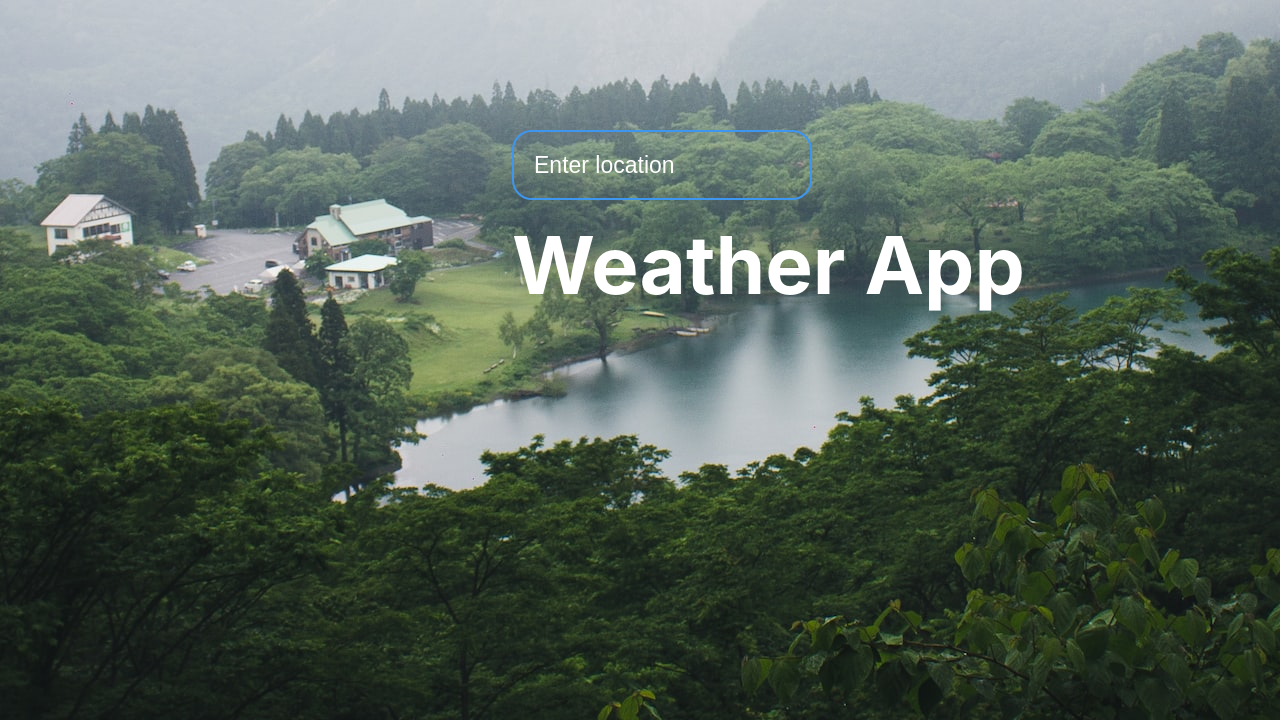
Repository: RenataDzotova/WeatherForecast
Page: /
The author's editor kept a copy of each file at every save. The page is drawn from the files as they stood at one save, then again after the next save.
The browser window is 1280 px wide. The pictures show the whole page.
The project was rebuilt for these pictures with package versions that can differ from the ones it lists, and the page was loaded fresh each time. The framework's server and built-in components were replaced by stand-ins that run in the browser. Also part of the build but not shown: next.config.js, styles/Home.module.css.

Above is the page before, as saved 2023-01-19 16:39:02.

After the next save:
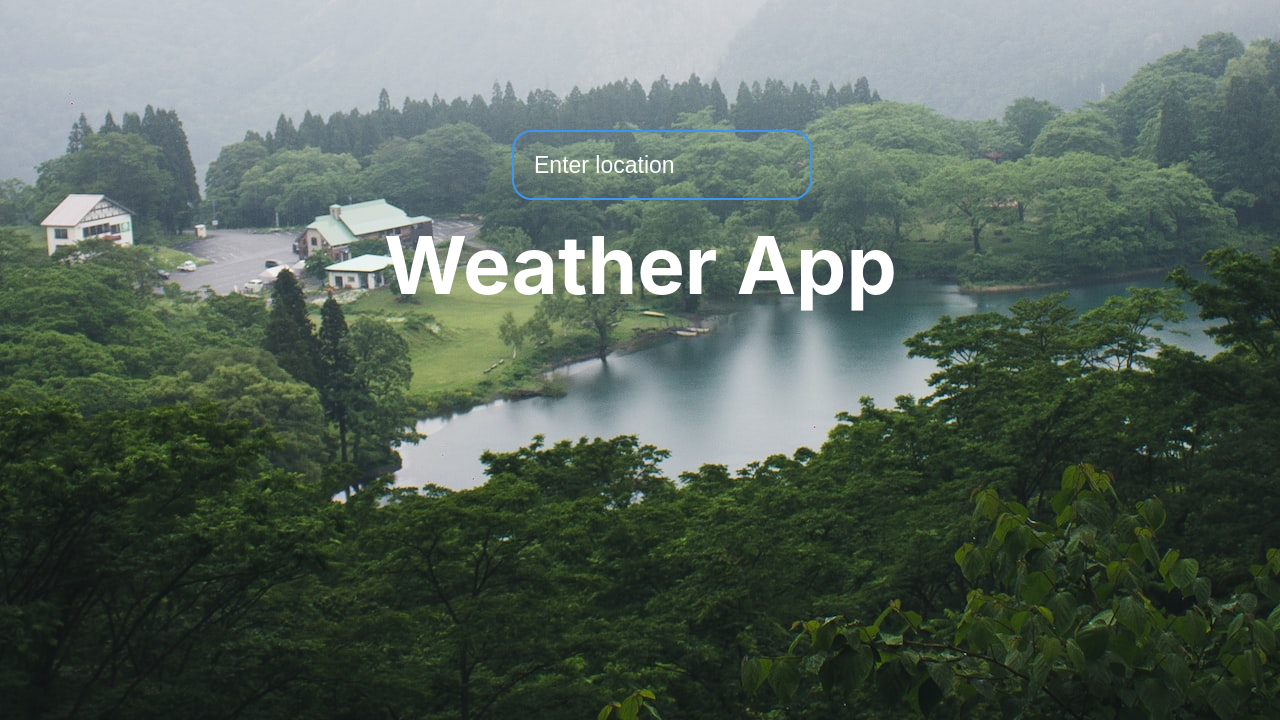
Saved 13 s later.
--- a/styles/globals.css
+++ b/styles/globals.css
@@ -19,7 +19,7 @@ body {
   color: white;
   background-color: transparent;
   position: absolute;
-  left: 40%;
+  left: 30%;
   top: 30%;
 }
 
